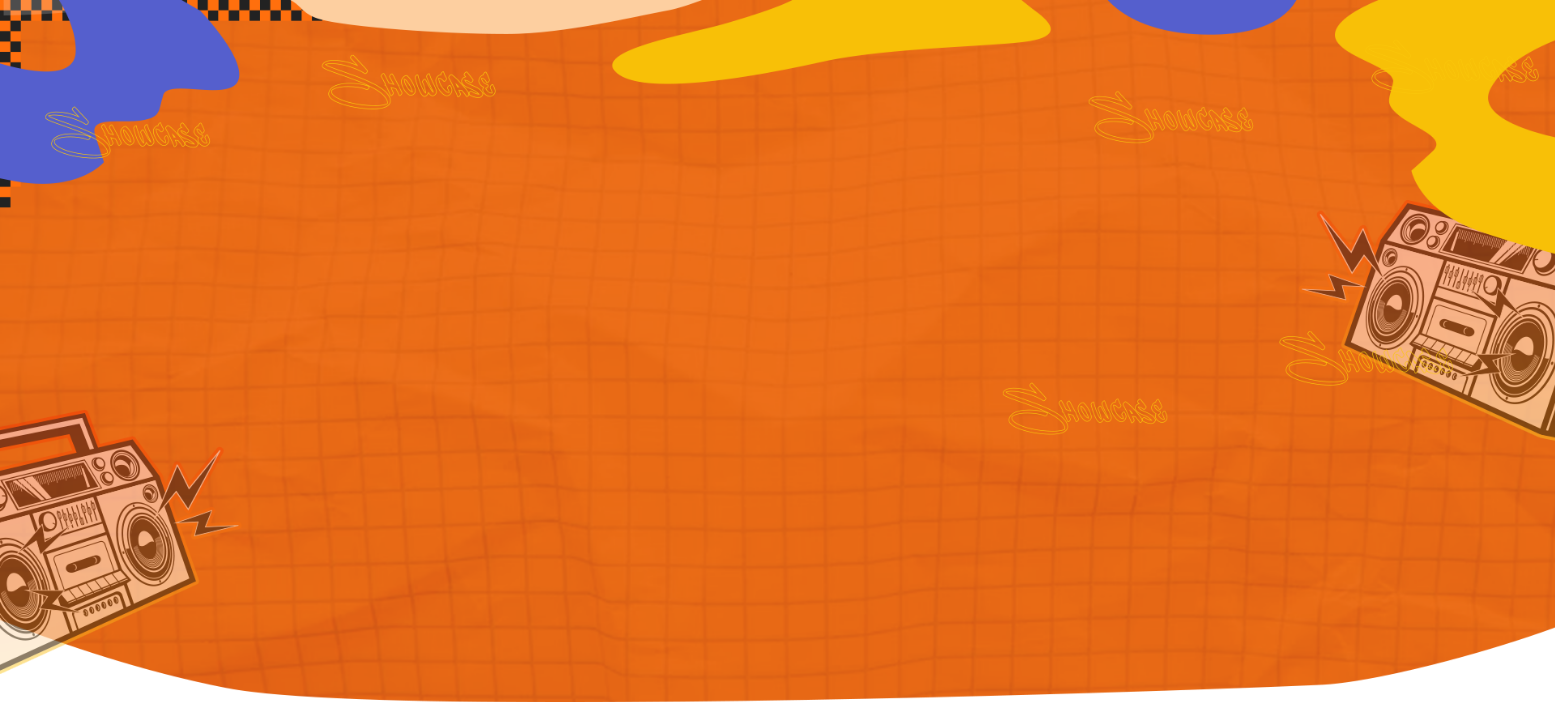
Repository: dinhtri123/hola_fpt
Page: index.html
The author's editor kept a copy of each file at every save. The page is drawn from the files as they stood at one save, then again after the next save.
The browser window is 1280 px wide. The page is 1920 px wide, then 1397 px, so the pictures cover 1920 px, including what lies to the right of the window. The pictures show the whole page, at 81% of full size.

Above is the page before, as saved 2025-01-03 15:01:07.

### index.html
<!DOCTYPE html>
<html lang="en">

<head>
  <meta charset="UTF-8">
  <meta name="viewport" content="width=device-width, initial-scale=1.0">
  <title>Page 1</title>
  <link rel="stylesheet" href="styles.css">
</head>

<body>
  <section class="intro">
    <img src="./images/banner-top.png" class="intro-bg" alt="">
    <div class="container">
      <div class="intro-inner">
        <a href="/">
          <img src="./images/logo.png" class="intro-logo" alt="">
        </a>
        <h2>CỔNG BÌNH CHỌN CHÍNH THỨC CỦA</h2>
        <img src="./images/intro-img.png" class="intro-img1" alt="">
        <h3>dành cho đội thi yêu thích nhất</h3>
        <button class="intro-btn">bình chọn</button>
      </div>
    </div>

  </section>
</body>

</html>

### styles.css
@font-face {
  font-family: "Myriad Pro";
  src: url("./fonts/MYRIADPRO-REGULAR.ttf") format("truetype");
}
@font-face {
  font-family: "SFUAGBuchStencilBQMedium";
  src: url("./fonts/SFUAGBuchStencilBQMedium.ttf") format("truetype");
  font-weight: normal;
  font-style: normal;
}
:root {
  --font-primary: "SFUAGBuchStencilBQMedium", sans-serif;
  --font-secondary: "Myriad Pro", sans-serif;
}
* {
  box-sizing: border-box;
  padding: 0;
  margin: 0;
}
body {
  font-family: var(--font-primary);
  font-size: 16px;
  font-weight: 400;
}

.container {
  max-width: 1630px;
  padding-left: 15px;
  padding-right: 15px;
  margin: 0px auto;
}
.intro {
  position: relative;
}
.intro-bg {
  position: absolute;
}

After the next save:
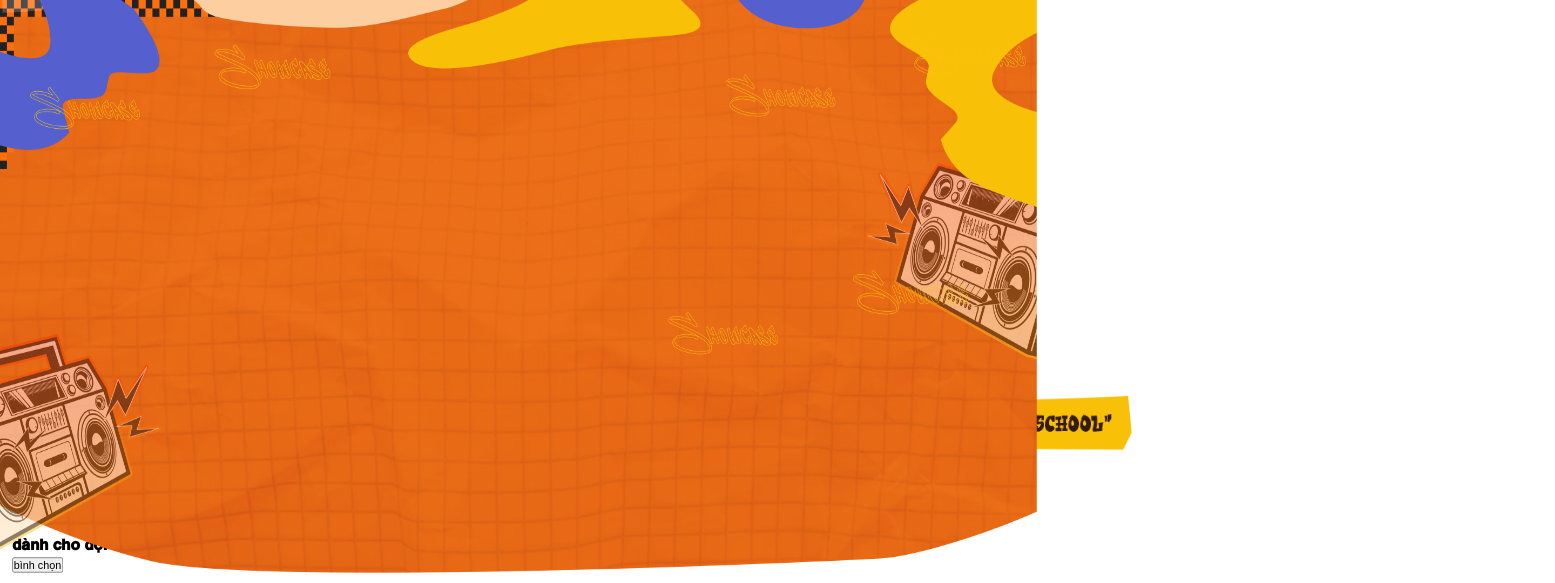
Saved 8 s later.
--- a/styles.css
+++ b/styles.css
@@ -34,4 +34,8 @@
 }
 .intro-bg {
   position: absolute;
+  width: 100%;
+  height: 100%;
+  top: 0;
+  left: 0;
 }
